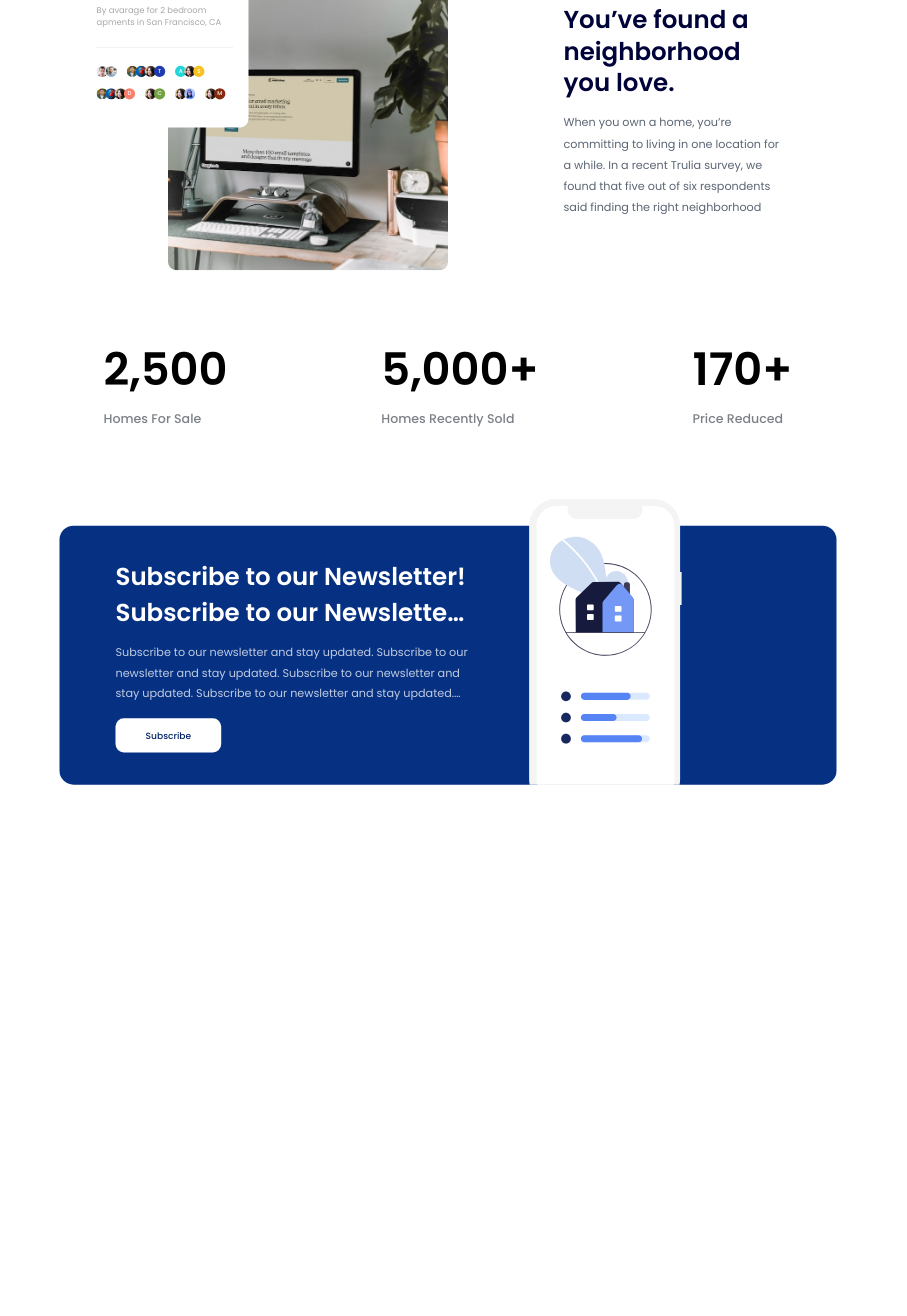
Repository: empty24062002/f8-htmlcss-01
Page: index.html
These files come from the project's save history. The page is drawn as it stood at one moment and after the next save; the edit follows.
The browser window is 1280 px wide. The page is 1295 px wide, so the pictures cover 1295 px, including what lies to the right of the window. The pictures show the part of the page from y = 2810 to 4690 px (the page is 10000 px tall), at 70% of full size.

Above is the page before, as saved 2023-07-13 16:07:33.

After the next save:
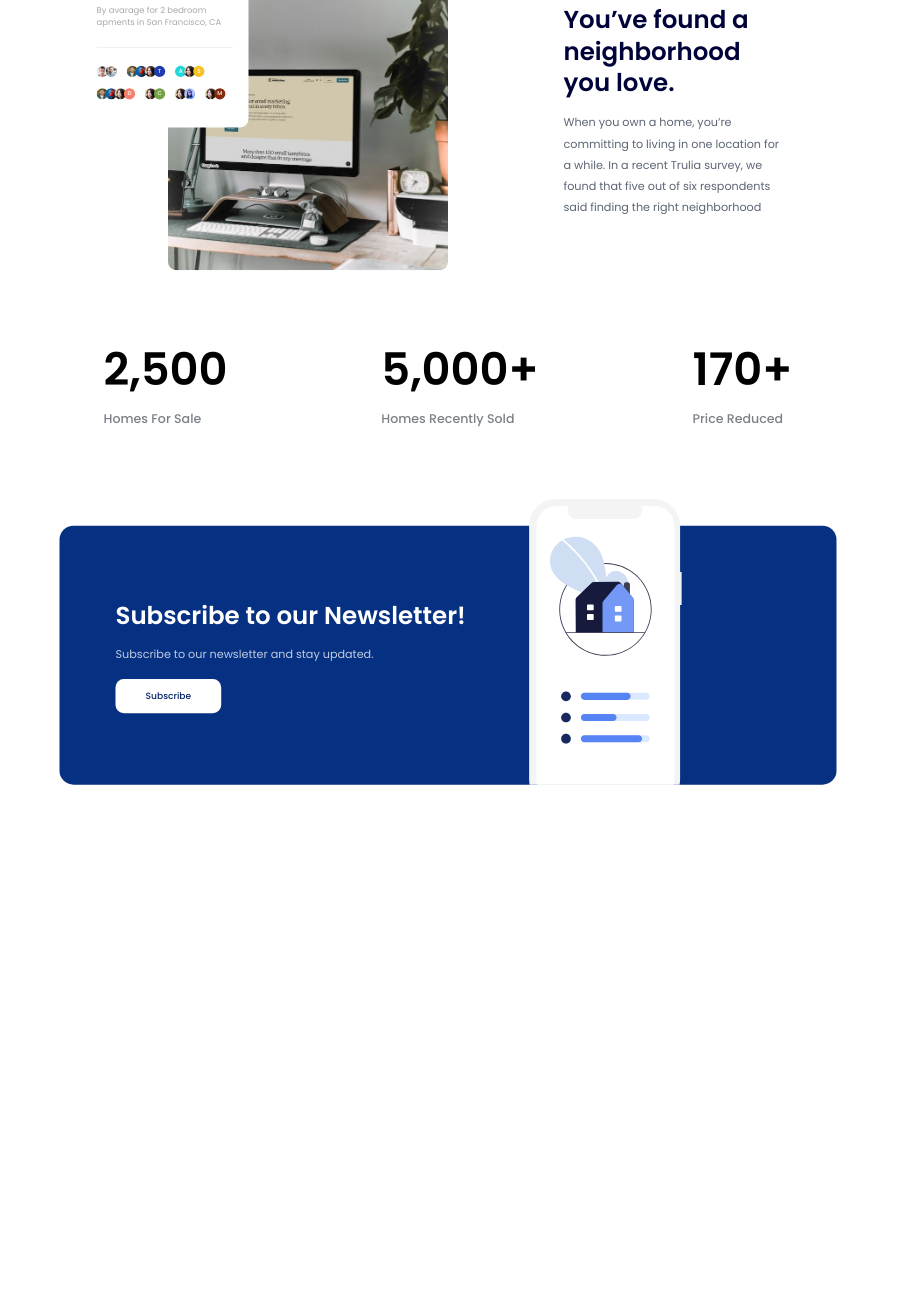
Saved 12 s later.
--- a/index.html
+++ b/index.html
@@ -481,16 +481,9 @@
                     <div class="body">
                         <div class="info">
                             <h2 class="sub-title line-clamp">
-                                Subscribe to our Newsletter! Subscribe to our
-                                Newsletter! Subscribe to our Newsletter!
                                 Subscribe to our Newsletter!
                             </h2>
                             <p class="desc line-clamp" style="--line-clamp: 3">
-                                Subscribe to our newsletter and stay updated.
-                                Subscribe to our newsletter and stay updated.
-                                Subscribe to our newsletter and stay updated.
-                                Subscribe to our newsletter and stay updated.
-                                Subscribe to our newsletter and stay updated.
                                 Subscribe to our newsletter and stay updated.
                             </p>
                             <a href="#!" class="btn">Subscribe</a>
